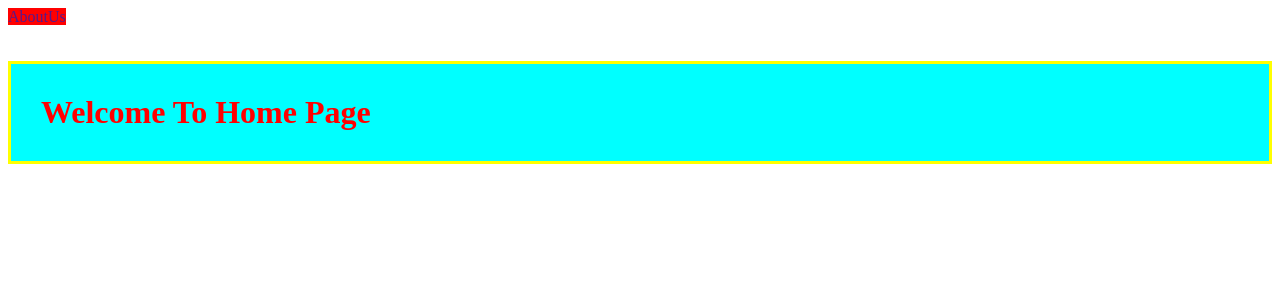
Repository: Raviteja6671/Django
Page: http://localhost/home/
These files come from the project's save history. The page is drawn as it stood at one moment and after a run of saves; the edit follows.
The browser window is 1280 px wide. The pictures show the whole page.
The page is served by the project's application, run on Django 5.2 (myProject/manage.py).

Above is the page before, as saved 2025-12-07 20:03:49.

After the next 5 saves:
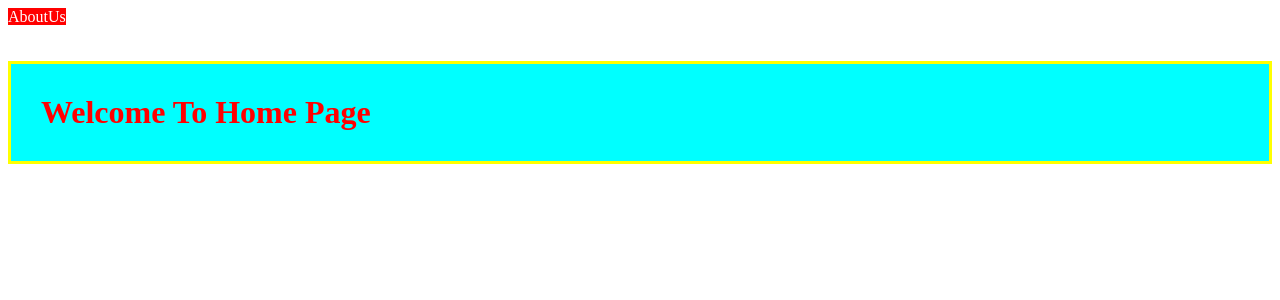
The 5 saves are shown as one change because they came seconds apart.
The last was saved 12 s later.
--- a/myProject/basic/templates/home.html
+++ b/myProject/basic/templates/home.html
@@ -16,7 +16,8 @@
         a{
             text-decoration: none;
             background-color: red;
-
+            color: white;
+            padding: ;
         }
     </style>
 
